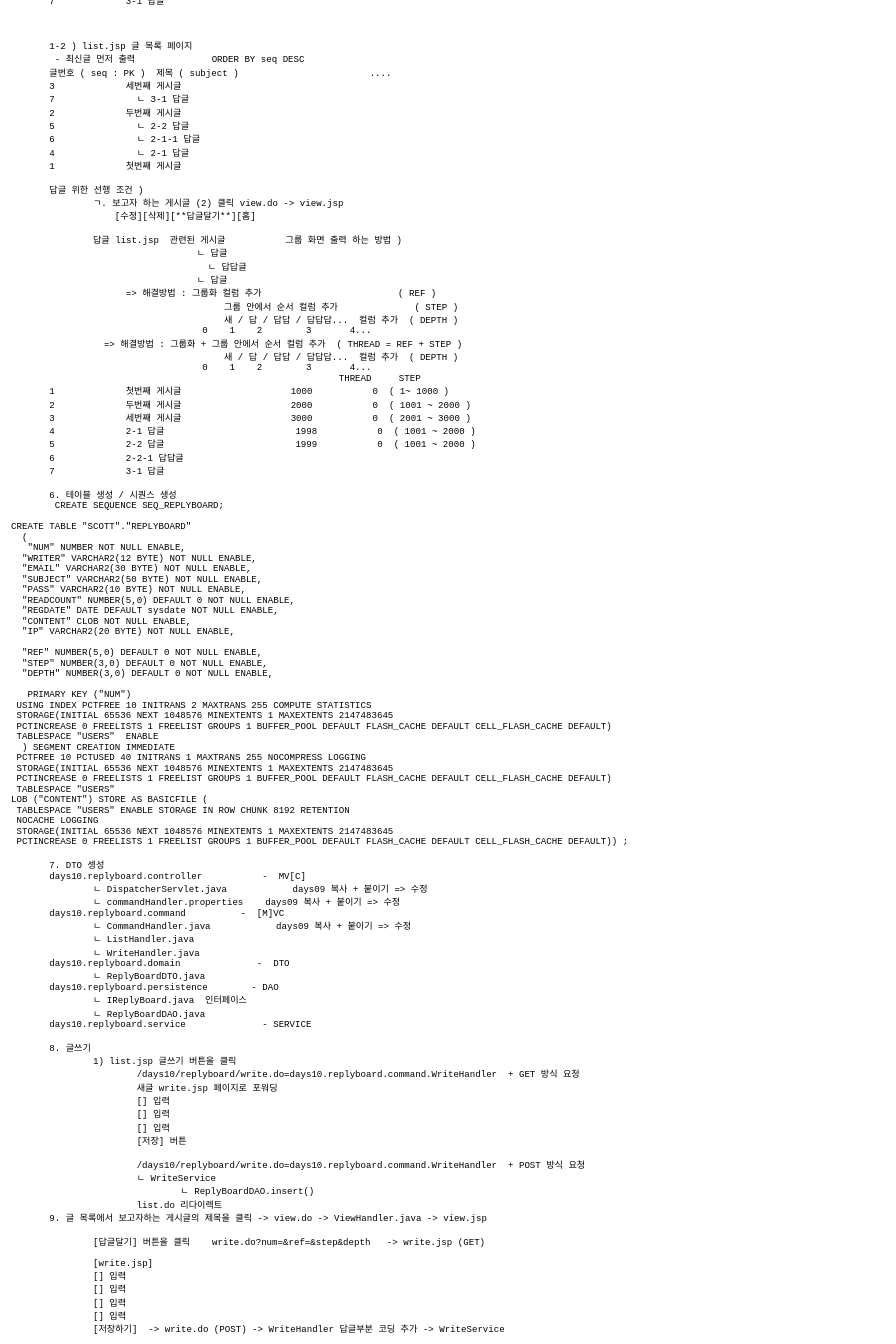
Repository: JavaYoo/kakao-emoticon-web-clone
Page: http://localhost/jspPro/days10/ex01.jsp
An editor plug-in stored every save of this project. The page is shown before and after the next save, followed by the edit.
The browser window is 1280 px wide. The pictures show the part of the page from y = 1503 to 3423 px (the page is 3423 px tall), at 70% of full size.
The page is served by Tomcat 9.

Above is the page before, as saved 2022-06-27 02:55:13.

After the next save:
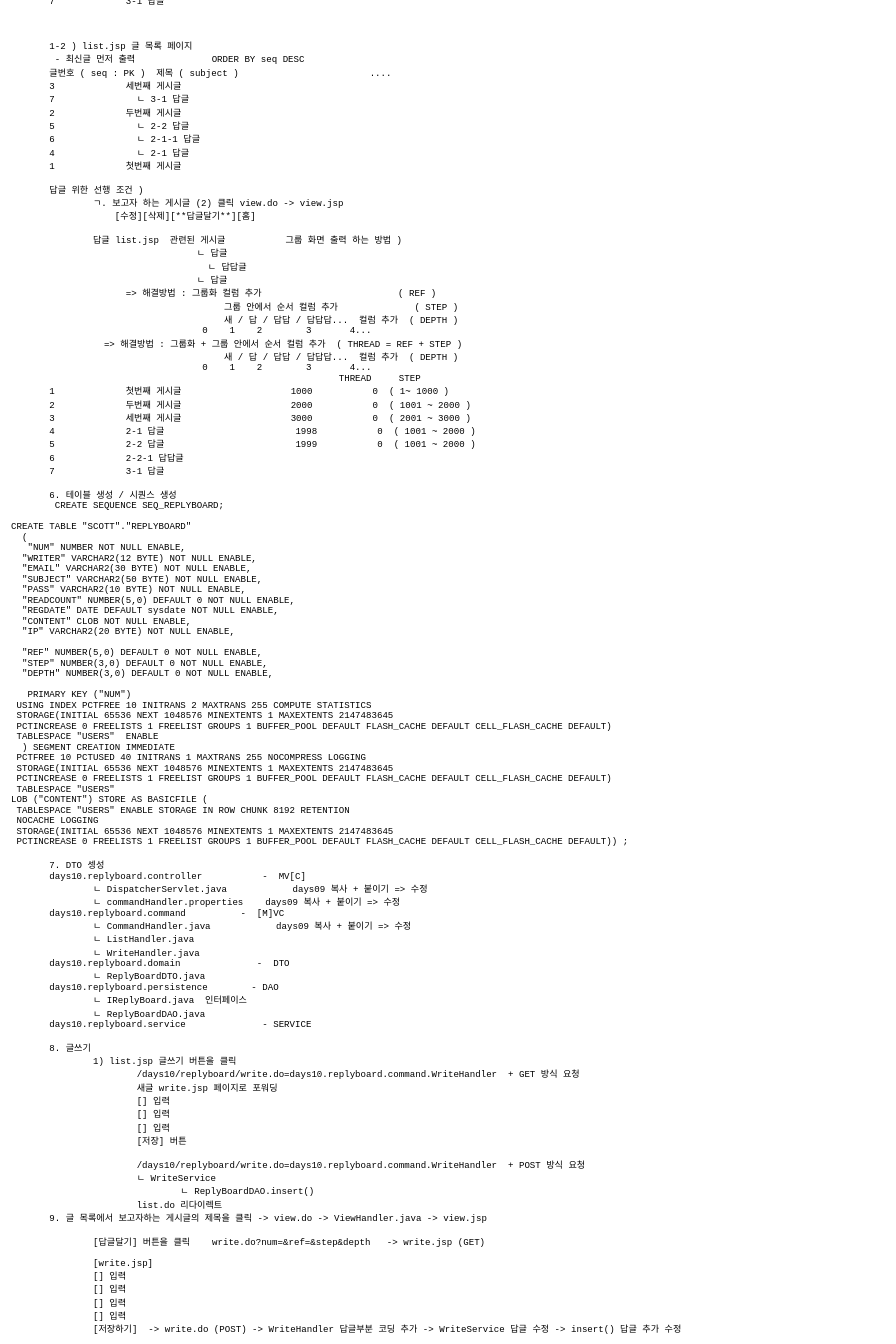
Saved 14 s later.
--- a/jspPro/src/main/webapp/days10/ex01.jsp
+++ b/jspPro/src/main/webapp/days10/ex01.jsp
@@ -206,7 +206,7 @@
 		[] 입력
 		[] 입력
 		[] 입력
-		[저장하기]  -> write.do (POST) -> WriteHandler 답글부분 코딩 추가 -> WriteService
+		[저장하기]  -> write.do (POST) -> WriteHandler 답글부분 코딩 추가 -> WriteService 답글 수정 -> insert() 답글 추가 수정
 </pre>
 
 </body>
